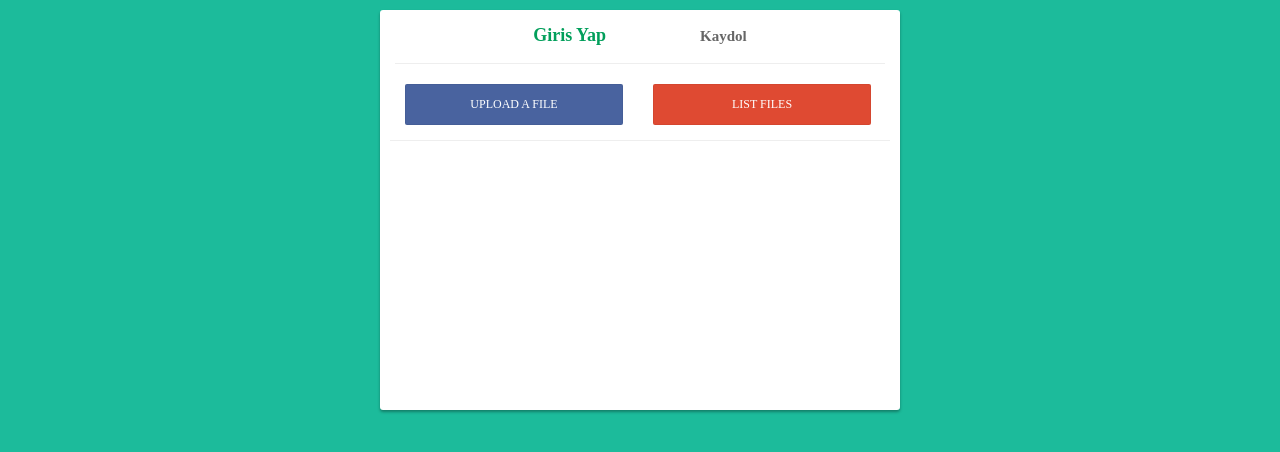
Repository: erengthb/AWS-Java-Servlet-Project
Page: http://localhost/Proje/Homepage.jsp
An editor plug-in stored every save of this project. The page is shown before and after the next save, followed by the edit.
The browser window is 1280 px wide. The pictures show the whole page.
The page is served by Tomcat 9. Nobody is signed in. The application's start-up code is not run. Other server files are loaded and not shown.

Above is the page before, as saved 2022-04-19 17:47:07.
Console error: ReferenceError: $ is not defined

### Proje/src/main/webapp/Homepage.jsp
<%@ page language="java" contentType="text/html; charset=ISO-8859-1"
    pageEncoding="ISO-8859-1"%>
<!DOCTYPE html>

<style>
body{
  background-color: #1cbb9b;
}
.login-box{
  position:relative;
  margin: 10px auto;
  width: 500px;
  height: 380px;
  background-color: #fff;
  padding: 10px;
  border-radius: 3px;
  -webkit-box-shadow: 0px 2px 3px 0px rgba(0,0,0,0.33);
-moz-box-shadow: 0px 2px 3px 0px rgba(0,0,0,0.33);
box-shadow: 0px 2px 3px 0px rgba(0,0,0,0.33);
}
.lb-header{
  position:relative;
  color: #00415d;
  margin: 5px 5px 10px 5px;
  padding-bottom:10px;
  border-bottom: 1px solid #eee;
  text-align:center;
  height:28px;
}
.lb-header a{
  margin: 0 25px;
  padding: 0 20px;
  text-decoration: none;
  color: #666;
  font-weight: bold;
  font-size: 15px;
  -webkit-transition: all 0.1s linear;
  -moz-transition: all 0.1s linear;
  transition: all 0.1s linear;
}
.lb-header .active{
  color: #029f5b;
  font-size: 18px;
}
.social-login{
  position:relative;
  float: left;
  width: 100%;
  height:auto;
  padding: 10px 0 15px 0;
  border-bottom: 1px solid #eee;
}
.social-login a{
  position:relative;
  float: left;
  width:calc(40% - 8px);
  text-decoration: none;
  color: #fff;
  border: 1px solid rgba(0,0,0,0.05);
  padding: 12px;
  border-radius: 2px;
  font-size: 12px;
  text-transform: uppercase;
  margin: 0 3%;
  text-align:center;
}
.social-login a i{
  position: relative;
  float: left;
  width: 20px;
  top: 2px;
}
.social-login a:first-child{
  background-color: #49639F;
}
.social-login a:last-child{
  background-color: #DF4A32;
}
.email-login,.email-signup{
  position:relative;
  float: left;
  width: 100%;
  height:auto;
  margin-top: 20px;
  text-align:center;
}
.u-form-group{
  width:100%;
  margin-bottom: 10px;
}
.u-form-group input[type="email"],
.u-form-group input[type="password"]{
  width: calc(50% - 22px);
  height:45px;
  outline: none;
  border: 1px solid #ddd;
  padding: 0 10px;
  border-radius: 2px;
  color: #333;
  font-size:0.8rem;
  -webkit-transition:all 0.1s linear;
  -moz-transition:all 0.1s linear;
  transition:all 0.1s linear;
}
.u-form-group input:focus{
  border-color: #358efb;
}
.u-form-group button{
  width:50%;
  background-color: #1CB94E;
  border: none;
  outline: none;
  color: #fff;
  font-size: 14px;
  font-weight: normal;
  padding: 14px 0;
  border-radius: 2px;
  text-transform: uppercase;
}
.forgot-password{
  width:50%;
  text-align: left;
  text-decoration: underline;
  color: #888;
  font-size: 0.75rem;
}

</style>




  <div class="login-box">

    <div class="lb-header">
      <a href="#" class="active" id="login-box-link">Giris Yap</a>
      <a href="#" id="signup-box-link">Kaydol</a>
    </div>
    <div class="social-login">
      <a href="upload.jsp">
        <i class="fa fa-facebook fa-lg"></i>
        Upload a File
      </a>
      <a href="listfiles.jsp">
        <i class="fa fa-google-plus fa-lg"></i>
        List Files
      </a>
    </div>
    <form class="email-login">




    </form>


    </form>
  </div>


<script>
$(".email-signup").hide();
$("#signup-box-link").click(function(){
  $(".email-login").fadeOut(100);
  $(".email-signup").delay(100).fadeIn(100);
  $("#login-box-link").removeClass("active");
  $("#signup-box-link").addClass("active");
});
$("#login-box-link").click(function(){
  $(".email-login").delay(100).fadeIn(100);;
  $(".email-signup").fadeOut(100);
  $("#login-box-link").addClass("active");
  $("#signup-box-link").removeClass("active");
});
</script>

After the next save:
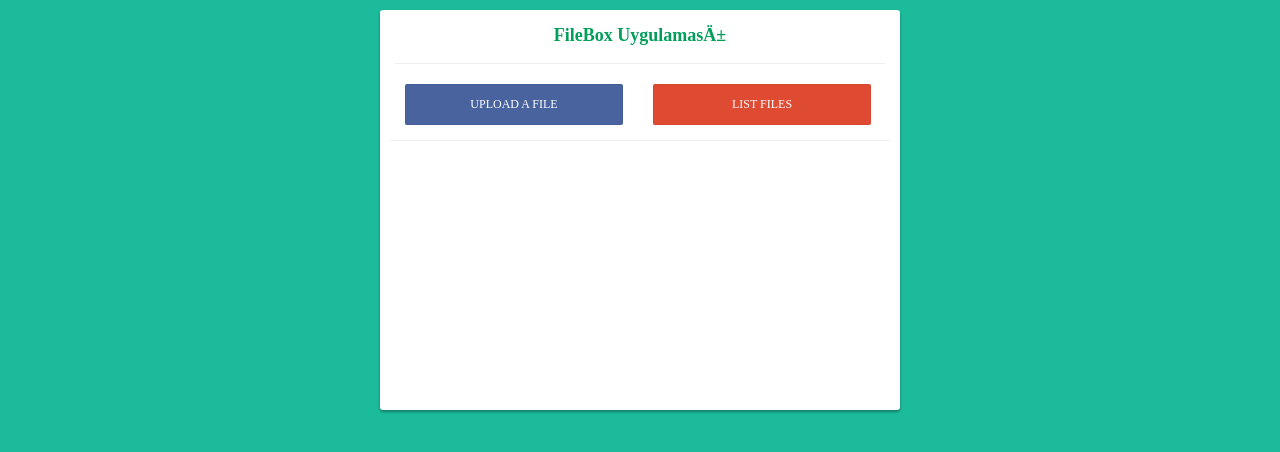
Saved 16 s later.
--- a/Proje/src/main/webapp/Homepage.jsp
+++ b/Proje/src/main/webapp/Homepage.jsp
@@ -133,8 +133,8 @@ box-shadow: 0px 2px 3px 0px rgba(0,0,0,0.33);
   <div class="login-box">
 
     <div class="lb-header">
-      <a href="#" class="active" id="login-box-link">Giris Yap</a>
-      <a href="#" id="signup-box-link">Kaydol</a>
+      <a href="#" class="active" id="login-box-link">FileBox Uygulaması</a>
+
     </div>
     <div class="social-login">
       <a href="upload.jsp">
